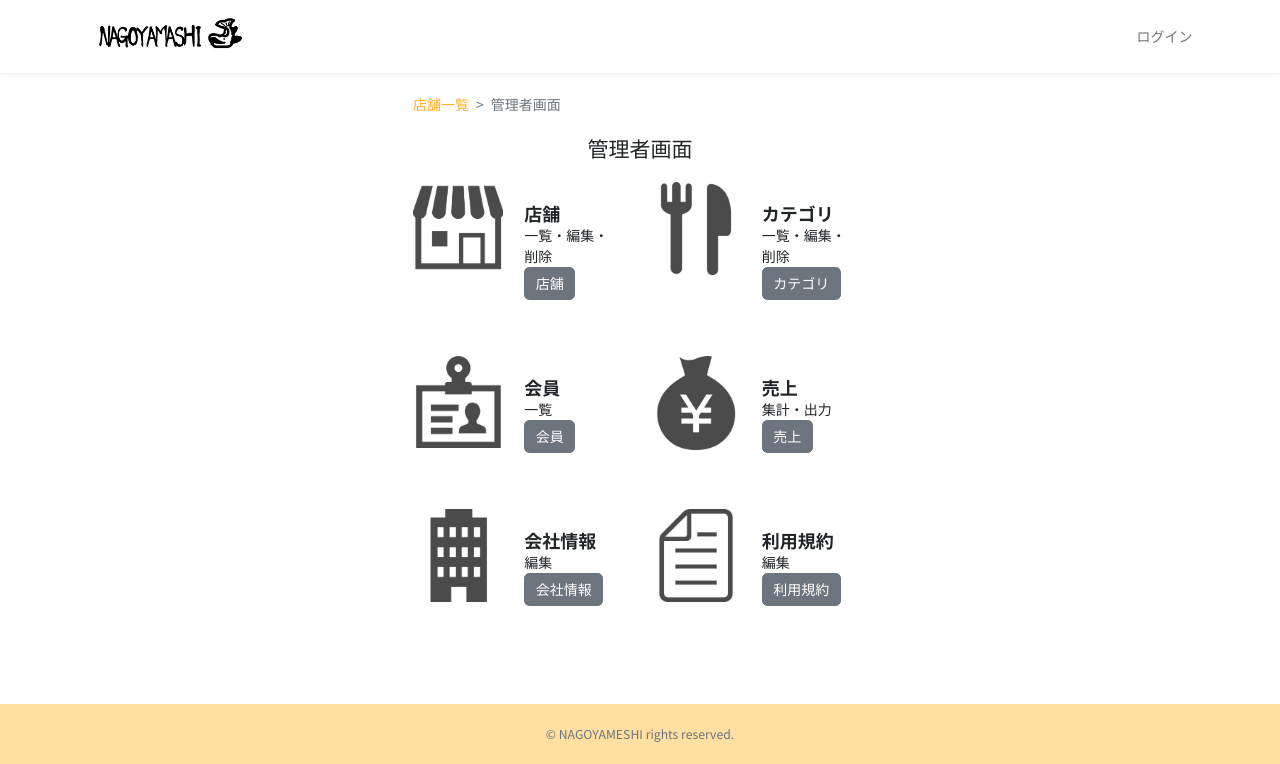
Repository: natsuki0619/springboot-tabelog-kadai
Page: http://localhost/admin/index
An editor plug-in stored every save of this project. The page is shown before and after the next save, followed by the edit.
The browser window is 1280 px wide. The pictures show the whole page.
The page is this project's Thymeleaf template; nobody is signed in. The template is opened directly, without the code that normally fills it, so the values that code supplies are empty.

Above is the page before, as saved 2024-04-29 14:44:34.

### kadai_002/nagoyameshi/src/main/resources/templates/admin/index.html
<!DOCTYPE html>
<html xmlns:th="https://www.thymeleaf.org" xmlns:sec="http://www.thymeleaf.org/extras/spring-security">
    <head>
        <div th:replace="~{fragment :: meta}"></div>
        <div th:replace="~{fragment :: styles}"></div>
        <title>管理者画面</title>
    </head>
        <body>
        <div class="nagoyameshi-wrapper">
            <!-- ヘッダー -->
            <div th:replace="~{fragment :: header}"></div>
            <main>
                <div class="container pt-4 pb-5 nagoyameshi-container">
                    <mdiv class="row justify-content-center">
                        <div class="col-xl-5 col-lg-6 col-md-8">
                            <nav class="mb-4" style="--bs-breadcrumb-divider: '>';" aria-label="breadcrumb">
                                <ol class="breadcrumb mb-0">
                                    <li class="breadcrumb-item"><a th:href="@{/}">店舗一覧</a></li>
                                    <li class="breadcrumb-item active" aria-current="page">管理者画面</li>
                                </ol>
                            </nav>

                            <h1 class="mb-4 text-center">管理者画面</h1>
        <div class="row">
        <div class="col-12 col-lg-6">
            <div class="row g-0 mb-4">
            <div class="col-12 col-lg-5 text-center">
                <img src="/adminicon/shops.jpeg" class="img-fluid" alt="店舗一覧">
            </div>
            <div class="col-12 col-lg-7 p-4">
            <h4 class="mb-0 menu_title">店舗</h4>
                <p class="my-auto">一覧・編集・削除</p>
                <p><a class="btn btn-secondary" href="/admin/shops" role="button">店舗</a></p>
            </div>
            </div>
        </div>
        <div class="col-12 col-lg-6">
            <div class="row g-0 mb-4">
            <div class="col-12 col-lg-5 text-center">
            <img src="/adminicon/category.jpeg" class="img-fluid" alt="カテゴリ一覧">
            </div>
            <div class="col-12 col-lg-7 p-4">
                <h4 class="mb-0 menu_title">カテゴリ</h4>
                <p class="my-auto">一覧・編集・削除</p>
            <p><a class="btn btn-secondary" href="/admin/category" role="button">カテゴリ</a></p>
            </div>
            </div>
        </div>
        <div class="col-12 col-lg-6">
            <div class="row g-0 mb-4">
            <div class="col-12 col-lg-5 text-center">
                <img src="/adminicon/users.jpeg" class="img-fluid" alt="会員一覧">
            </div>
            <div class="col-12 col-lg-7 p-4">
                <h4 class="mb-0 menu_title">会員</h4>
                <p class="my-auto">一覧</p>
                <p><a class="btn btn-secondary" href="/admin/users" role="button">会員</a></p>
            </div>
            </div>
        </div>
        <div class="col-12 col-lg-6">
            <div class="row g-0 mb-4">
            <div class="col-12 col-lg-5 text-center">
                <img src="/adminicon/earnings.jpeg" class="img-fluid" alt="売上集計">
            </div>
            <div class="col-12 col-lg-7 p-4">
                <h4 class="mb-0 menu_title">売上</h4>
                <p class="my-auto">集計・出力</p>
                <p><a class="btn btn-secondary" href="/admin/total" role="button">売上</a></p>
            </div>
            </div>
        </div>
        <div class="col-12 col-lg-6">
            <div class="row g-0 mb-4">
            <div class="col-12 col-lg-5 text-center">
                <img src="/adminicon/company.jpeg" class="img-fluid" alt="会社情報">
            </div>
            <div class="col-12 col-lg-7 p-4">
                <h4 class="mb-0 menu_title">会社情報</h4>
                <p class="my-auto">編集</p>
                <p><a class="btn btn-secondary" href="/company/profile" role="button">会社情報</a></p>
            </div>
            </div>
        </div>
        <div class="col-12 col-lg-6">
            <div class="row g-0 mb-4">
            <div class="col-12 col-lg-5 text-center">
                <img src="/adminicon/termsofservice.jpeg" class="img-fluid" alt="利用規約">
            </div>
            <div class="col-12 col-lg-7 p-4">
                <h4 class="mb-0 menu_title">利用規約</h4>
                <p class="my-auto">編集</p>
            <p><a class="btn btn-secondary" href="/terms/termsofservice" role="button">利用規約</a></p>
            </div>
            </div>
        </div>
        </div>
    </div>
    </section>
    </main>
        <!-- フッター -->
            <div th:replace="~{fragment :: footer}"></div>
        </div>
        <div th:replace="~{fragment :: scripts}"></div>
    </body>
</html>

### kadai_002/nagoyameshi/src/main/resources/templates/fragment.html
<!DOCTYPE html>
 <html xmlns:th="https://www.thymeleaf.org" xmlns:sec="http://www.thymeleaf.org/extras/spring-security">
     <head>
         <!-- meta要素の部品化 -->
         <div th:fragment="meta" th:remove="tag">
             <meta charset="UTF-8">
             <meta name="viewport" content="width=device-width, initial-scale=1">
         </div>
         <!-- link要素の部品化 -->
         <div th:fragment="styles" th:remove="tag">
             <!-- Bootstrap -->
             <link href="https://cdn.jsdelivr.net/npm/bootstrap@5.2.3/dist/css/bootstrap.min.css" rel="stylesheet" integrity="sha384-rbsA2VBKQhggwzxH7pPCaAqO46MgnOM80zW1RWuH61DGLwZJEdK2Kadq2F9CUG65" crossorigin="anonymous">
             <!-- Google Fonts -->
             <link rel="preconnect" href="https://fonts.googleapis.com">
             <link rel="preconnect" href="https://fonts.gstatic.com" crossorigin>
             <link href="https://fonts.googleapis.com/css2?family=Noto+Sans+JP:wght@400;500&display=swap" rel="stylesheet">
             <link th:href="@{/css/style.css}" rel="stylesheet" >
         </div>
         <title>部品化用のHTMLファイル</title>
     </head>
     <body>
         <!-- ヘッダーの部品化 -->
         <div th:fragment="header" th:remove="tag">
             <nav class="navbar navbar-expand-md navbar-light bg-white shadow-sm nagoyameshi-navbar">
                 <div class="container nagoyameshi-container">
                     <a class="navbar-brand" th:href="@{/}">
                         <img class="nagoyameshi-logo me-1" th:src="@{/images/logo.png}" alt="NAGOYAMESHI">
                     </a>
                      <button class="navbar-toggler" type="button" data-bs-toggle="collapse" data-bs-target="#navbarSupportedContent" aria-controls="navbarSupportedContent" aria-expanded="false" aria-label="Toggle navigation">
                         <span class="navbar-toggler-icon"></span>
                     </button>
                     <div class="collapse navbar-collapse" id="navbarSupportedContent">
                         <ul class="navbar-nav ms-auto">
                             <!-- 未ログインであれば表示する -->
                             <li class="nav-item" sec:authorize="isAnonymous()">
                                 <a class="nav-link" th:href="@{/login}">ログイン</a>
                             </li>
                             <!-- ログイン済みであれば表示する -->
                             <li class="nav-item dropdown" sec:authorize="hasRole('ROLE_GENERAL')">
                                 <a id="navbarDropdownGeneral" class="nav-link dropdown-toggle" href="#" role="button" data-bs-toggle="dropdown" aria-haspopup="true" aria-expanded="false" v-pre>
                                     <span sec:authentication="principal.user.name"></span>
                                 </a>
                                 <div class="dropdown-menu dropdown-menu-end" aria-labelledby="navbarDropdownGeneral">
                                    <a class="dropdown-item nagoyameshi-dropdown-item" th:href="@{/user}">会員情報</a>

                                     <div class="dropdown-divider"></div>
                                     <a class="dropdown-item nagoyameshi-dropdown-item" th:href="@{/logout}" onclick="event.preventDefault(); document.getElementById('logout-form').submit();">
                                         ログアウト
                                     </a>
                                     <form class="d-none" id="logout-form" th:action="@{/logout}" method="post"></form>
                                 </div>
                             </li>
                             <!--有料会員で表示 -->
                             <li class="nav-item" sec:authorize="hasRole('ROLE_PREMIUM')">
                                <a id="narbarDropdownGenaral" class="nav-link dropdown-toggle" href="#" role="button" data-bs-toggle="dropdown" aria-haspopup="true" aria-expanded="false" v-pre>
                                    <span sec:authentication="principal.user.name"></span>
                                    </a>
                                    <div class="dropdown-menu dropdown-menu-end" aria-labelledby="navbarDropdownGeneral">
                                        <a class="dropdown-item " th:href="@{/user}">会員情報</a>
                                        <a class="dropdown-item " th:href="@{/reservations}">予約一覧</a>
                                        <a class="dropdown-item " th:href="@{/favorite}">お気に入り一覧</a>
                                        <a class="dropdown-item " th:href="@{/subscription/cancel}">有料会員の解約</a>
                                        <div class="dropdown-divider"></div>
                                        <a class="dropdown-item nagoyameshi-dropdown-item" th:href="@{/logout}" onclick="event.preventDefault(); document.getElementById('logout-form').submit();">
                                         ログアウト
                                     </a>
                                     <form class="d-none" id="logout-form" th:action="@{/logout}" method="post"></form>
                                     </div>
                                     </li>
                             <!-- 管理者であれば表示する -->
                             <li class="nav-item dropdown" sec:authorize="hasRole('ROLE_ADMIN')">
                                 <a id="navbarDropdownAdmin" class="nav-link dropdown-toggle" href="#" role="button" data-bs-toggle="dropdown" aria-haspopup="true" aria-expanded="false" v-pre>
                                     管理者メニュー
                                 </a>
                                 <div class="dropdown-menu dropdown-menu-end" aria-labelledby="navbarDropdownAdmin">
                                    <a class="dropdown-item nagoyameshi-dropdown-item" th:href="@{/admin/users}">会員一覧</a>
                                     <a class="dropdown-item nagoyameshi-dropdown-item" th:href="@{/admin/shops}">店舗一覧</a>
                                     <a class="dropdown-item nagoyameshi-dropdown-item" th:href="@{/admin/category}">カテゴリ一覧</a>
                                     <a class="dropdown-item nagoyameshi-dropdown-item" th:href="@{/admin/total}">売上集計</a>
                                     <div class="dropdown-divider"></div>
                                     <a class="dropdown-item nagoyameshi-dropdown-item" th:href="@{/logout}" onclick="event.preventDefault(); document.getElementById('logout-form').submit();">
                                         ログアウト
                                     </a>
                                     <form class="d-none" id="logout-form" th:action="@{/logout}" method="post"></form>
                                 </div>
                             </li>
                         </ul>
                     </div>
                 </div>
             </nav>
         </div>
         <!-- フッターの部品化 -->
         <div th:fragment="footer" th:remove="tag">
             <footer>
                 <div class="d-flex justify-content-center align-items-center h-100">
                     <p class="text-center text-muted small mb-0">&copy; NAGOYAMESHI rights reserved.</p>
                 </div>
             </footer>
         </div>
         <!-- script要素の部品化 -->
         <div th:fragment="scripts" th:remove="tag">
             <!-- Bootstrap -->
             <script src="https://cdn.jsdelivr.net/npm/bootstrap@5.2.3/dist/js/bootstrap.bundle.min.js" integrity="sha384-kenU1KFdBIe4zVF0s0G1M5b4hcpxyD9F7jL+jjXkk+Q2h455rYXK/7HAuoJl+0I4" crossorigin="anonymous"></script>
         </div>
     </body>
 </html>

### kadai_002/nagoyameshi/src/main/resources/static/css/style.css
 html {
   font-size: 14px;
 }

 body {
   font-family: 'Noto Sans JP', sans-serif;
 }

 h1 {
   font-size: 1.5rem;
 }
 h2 {
   font-size: 1.475rem;
 }

 h3 {
   font-size: 1.25rem;
 }

 a {
   color: rgb(255, 175, 40);
   text-decoration: none !important;
 }

 a:hover {
     color: rgb(255, 145, 45);
 }

 .text-center {
    margin-bottom: 30px;
    }

 .page-link {
    color: #fcbb3c;
}

 #hamburger_btn_check {
    display: none;
}

.rounded-circle {
    width: 50%;
    height: 150px;
    object-fit: cover;
}

.card-tltle-category {
    color: black;
}

.col-md-4 img {
  filter: grayscale(0%);

}
.col-md-4  img:hover {
  filter: grayscale(100%);
}

csvform {

}

 footer {
   width: 100%;
   height: 60px;
   position: absolute;
   bottom: 0;
   background-color: #FFDFA2;
 }

 .nagoyameshi-wrapper {
   min-height: 100vh;
   position: relative;
   padding-bottom: 60px;
   box-sizing: border-box;
 }

 .nagoyameshi-navbar {
   min-height: 60px;
   background-color: #FFDFA2;
 }

 .nagoyameshi-logo {
   height: 50px;
 }

 .nagoyameshi-btn {
   background-color: #E25B45 !important;
   transition: 0.1s;
 }

 .nagoyameshi-btn:hover {
   opacity: 0.8;
 }

 .nagoyameshi-page-link {
   color:  #E25B45
 }

 .nagoyameshi-page-link:hover {
   color: rgb(255, 145, 45);
 }

 .nagoyameshi-active {
   background-color: #FAC172!important;
   border-color: #FF8357!important;
 }

 .nagoyameshi-pre-wrap {
   /* 改行文字で行を折り返す */
   white-space: pre-wrap;
 }

 .nagoyameshi-link-danger {
     color: #f2594b;
 }

 .nagoyameshi-link-danger:hover {
     color: darkorange;
 }

 .nagoyameshi-btn-danger {
     background-color: #f2594b !important;
     transition: 0.1s;
 }

 .nagoyameshi-btn-danger:hover {
   opacity: 0.8;
 }

 .nagoyameshi-dropdown-item:active {
   background-color: #5196a6;
 }

 .nagoyameshi-card-link {
   transition: 0.3s;
 }

 .nagoyameshi-card-link:hover {
   opacity: 0.7;
 }

 .nagoyameshi-horizontal-card-image {
   width: 100%;
   height: 240px;
   object-fit: cover;
 }

 .nagoyameshi-sort-box {
   width: 150px;
 }

 .nagoyameshi-vertical-card-image {
   width: 100%;
   height: 150px;
   object-fit: cover;
 }

 .nagoyameshi-search-form {
   max-width: 300px;
 }

 .company {
   color: darkgray;
   font-size: 13px;
   text-decoration: none;
 }

 .map {
    display: flex;
  justify-content: center;
 }

 /* カルーセル */
 .my_carousel_caption {
  font-size: 52px;
  padding-top: 1.25rem;
  padding-bottom: 1.25rem;
  color: #fff;
  text-align: center;
  font-family: 'Lora', serif;
  line-height: 1.5em;
}

 .my_carousel_caption::before {
  content: url(../img/logoSymbol_White.png);
  display: block;
}

 @media screen and (max-width:375px) {
  .my_carousel_caption {
    font-size: 27px;
  }
}

 .carousel-item {
  height: 32rem;
}

 .carousel-item>img {
  position: absolute;
  top: 0;
  left: 0;
  min-width: 100%;
  height: 32rem;
}

 .about_us_bg {
    background-color: #FFE6A5;
 }

 .btn-social-giza a {
  display: inline-block;
  text-decoration: none;
  font-size: 25px;
 }
 .btn-social-giza .fa-stack-1x {
  color: white;
  font-size: 18px;
 }
 .btn-social-giza .fa-stack-2x {
  transition: .3s;
 }
  .btn-social-giza .btn-social-giza-twitter .fa-stack-2x {
  color: #74c1f8;
 }
 .btn-social-giza .btn-social-giza-facebook .fa-stack-2x {
  color: #668ad8;
 }
 .btn-social-giza .btn-social-giza-pocket .fa-stack-2x {
  color: #f79393;
 }
 .btn-social-giza .btn-social-giza-feedly .fa-stack-2x {
  color: #acde71;
 }
 .btn-social-giza a:hover .fa-stack-2x {
  -webkit-transform: rotate(60deg);
  transform: rotate(60deg);
 }


/* 管理者メニュー*/
.menu::after {
  content: "メニュー";
  margin: 0 auto 0;
}

.menu_title {
  font-size: 18px;
  font-weight: 600;
  font-style: normal;
}

.menu_price {
  font-size: 20px;
  font-weight: 400;
  font-family: 'Lora', serif;
}

/* レビュー */
 .star {
     color: gold;
 }

 @media screen and (min-width: 1400px) {
   .nagoyameshi-container {
     max-width: 1200px;
   }
 }

After the next save:
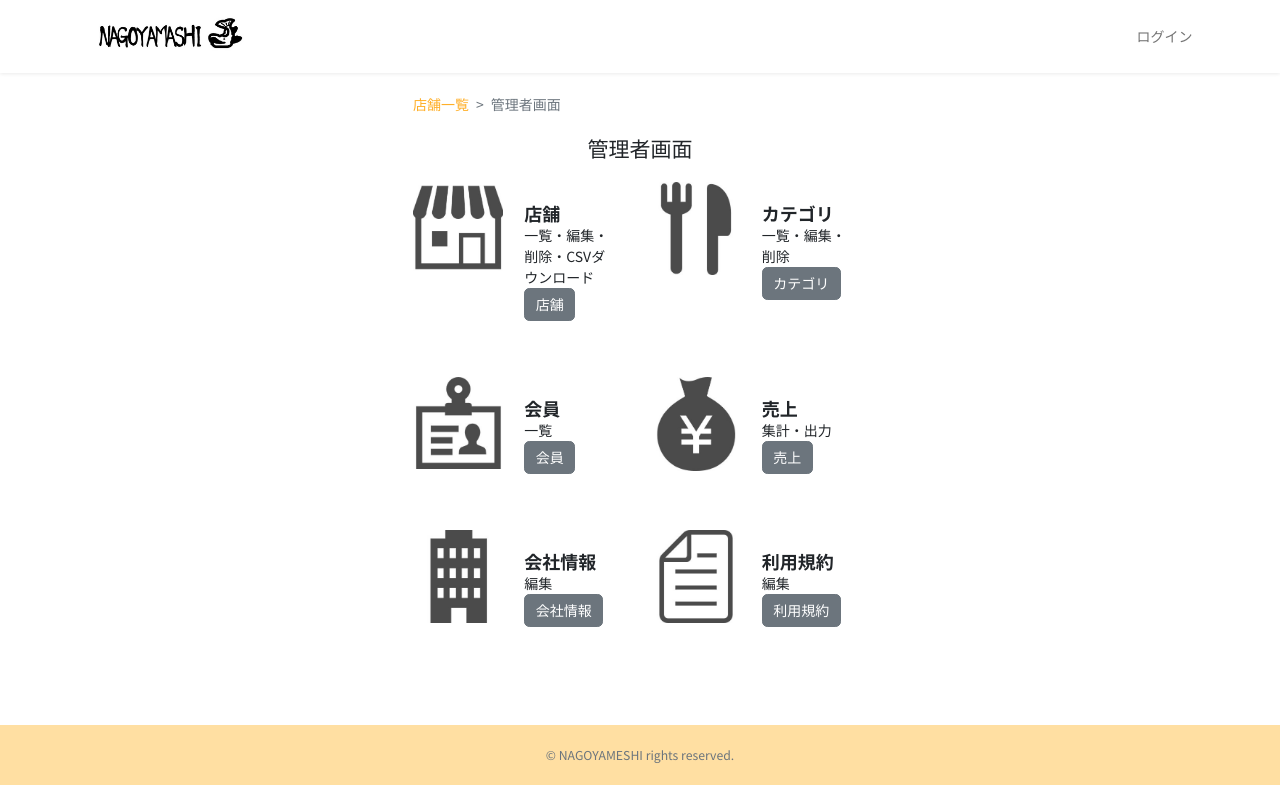
Saved 99 s later.
--- a/kadai_002/nagoyameshi/src/main/resources/templates/admin/index.html
+++ b/kadai_002/nagoyameshi/src/main/resources/templates/admin/index.html
@@ -29,7 +29,7 @@
             </div>
             <div class="col-12 col-lg-7 p-4">
             <h4 class="mb-0 menu_title">店舗</h4>
-                <p class="my-auto">一覧・編集・削除</p>
+                <p class="my-auto">一覧・編集・削除・CSVダウンロード</p>
                 <p><a class="btn btn-secondary" href="/admin/shops" role="button">店舗</a></p>
             </div>
             </div>
